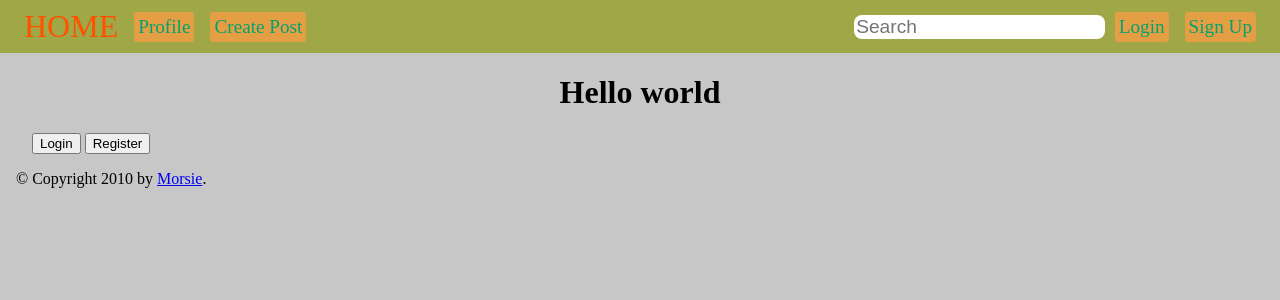
Repository: MorsChen/python-blog
Page: templates/home.html
An editor plug-in stored every save of this project. The page is shown before and after the next save, followed by the edit.
The browser window is 1280 px wide. The pictures show the whole page.
The page is served by the project's application, run on Flask 3 (default.py). The template is opened directly, without the code that normally fills it, so the values that code supplies are empty.

Above is the page before, as saved 2019-09-09 17:10:17.

After the next save:
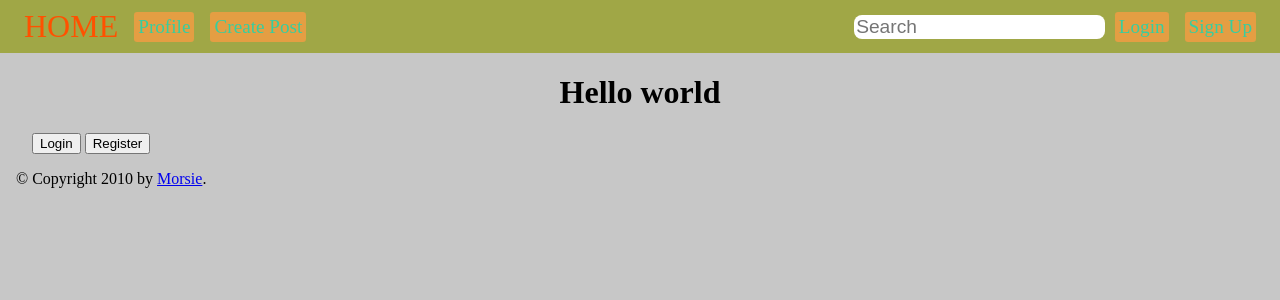
Saved 9 s later.
--- a/static/style.css
+++ b/static/style.css
@@ -62,7 +62,7 @@
     text-justify: center;
     padding: 0.25rem;
     margin: 0.5rem;
-    color: rgb(0, 163, 114);
+    color: rgb(54, 206, 160);
     font-size: 1.2rem;
 }
 

After the save that followed:
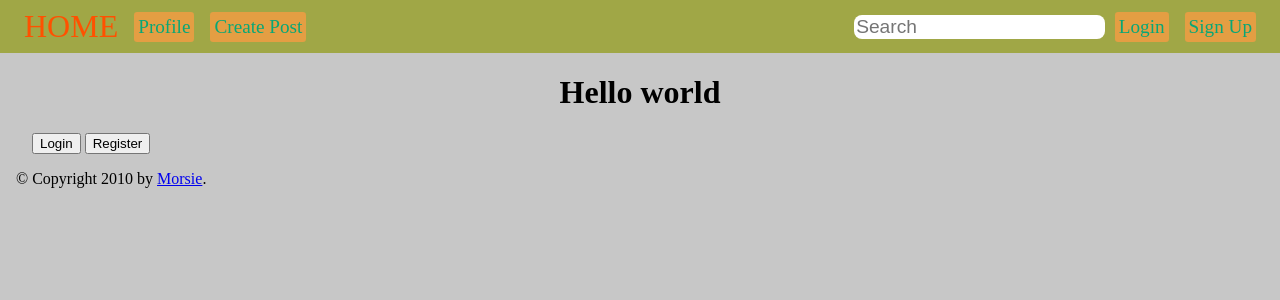
Saved 8 s later.
--- a/static/style.css
+++ b/static/style.css
@@ -62,7 +62,7 @@
     text-justify: center;
     padding: 0.25rem;
     margin: 0.5rem;
-    color: rgb(54, 206, 160);
+    color: rgb(8, 167, 119);
     font-size: 1.2rem;
 }
 
